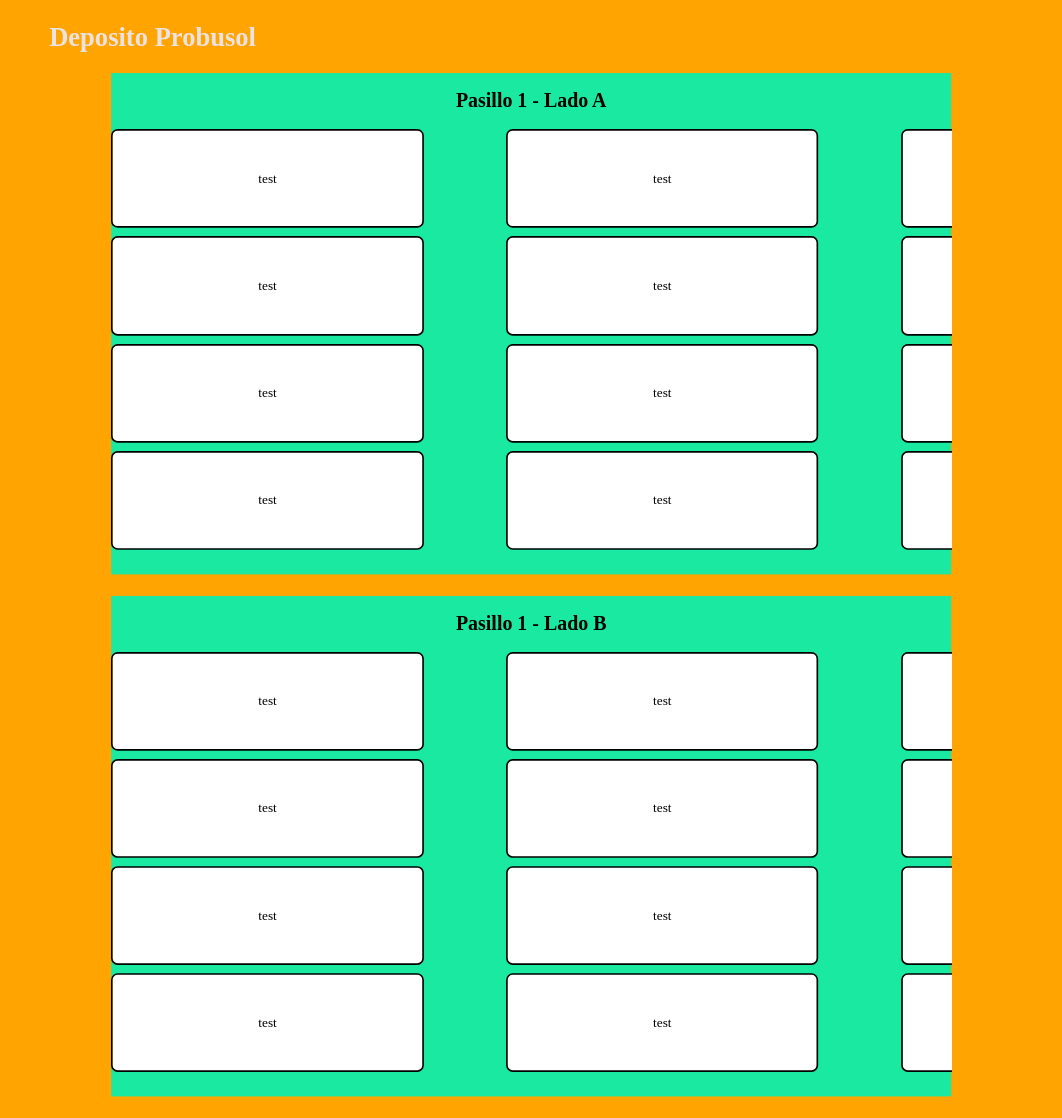
Repository: Franzcod/DepoStock_Web
Page: index.html
The author's editor kept a copy of each file at every save. The page is drawn from the files as they stood at one save, then again after the next save.
The browser window is 1280 px wide. The pictures show the whole page, at 83% of full size.

Above is the page before, as saved 2020-06-07 03:01:44.
Console error: ReferenceError: ur is not defined

After the next save:
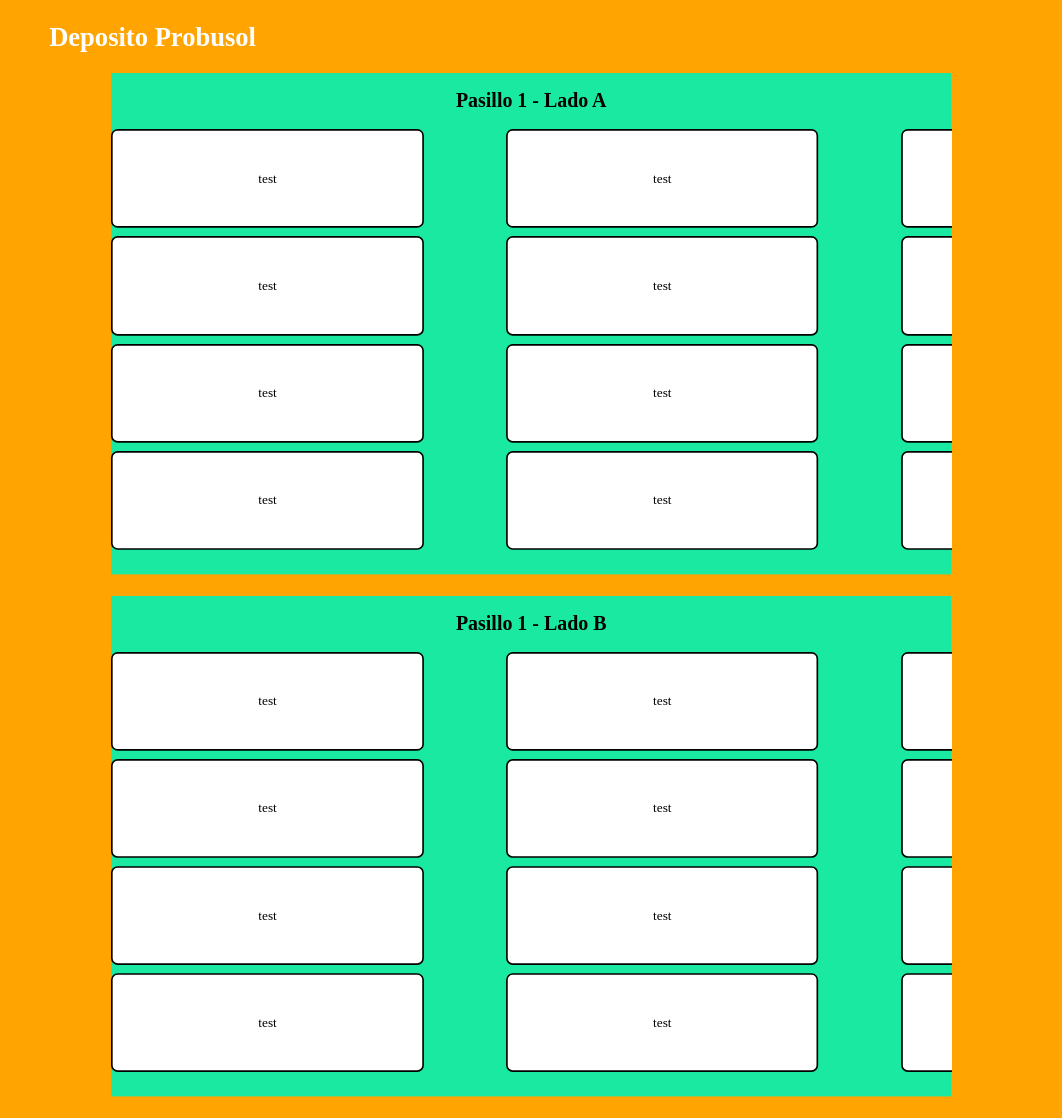
Saved 14 s later.
--- a/estilo/estilo.css
+++ b/estilo/estilo.css
@@ -5,7 +5,7 @@ html{
 .titulo{
     margin: 2vw 4vw;
     align-items: center;
-    color: rgb(236, 226, 226);
+    color: #fff;
 }
 
 #div2 {
